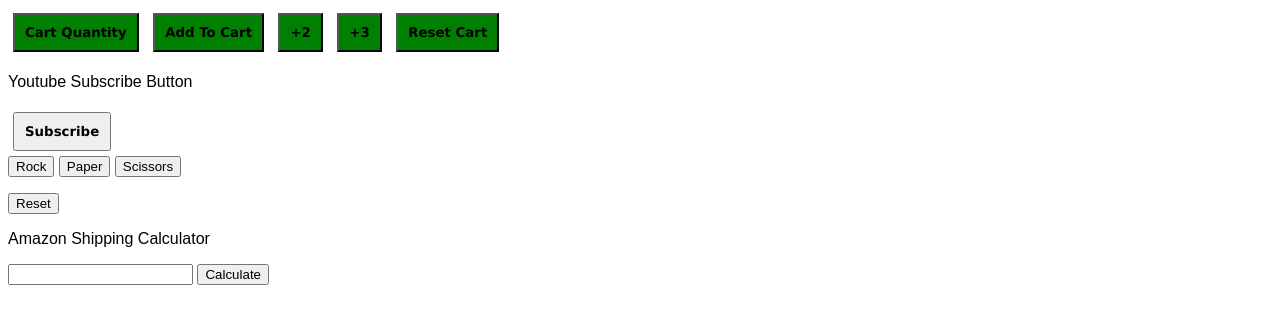
Repository: EguJaredoBoyd/Jared-Learning-Projects
Page: javascript-tutorial.html
An editor plug-in stored every save of this project. The page is shown before and after the next save, followed by the edit.
The browser window is 1280 px wide. The pictures show the whole page.

Above is the page before, as saved 2025-07-06 22:15:23.

### javascript-tutorial.html
<!DOCTYPE html>
<html lang="en">
<head>
    <meta charset="UTF-8">
    <meta name="viewport" content="width=device-width, initial-scale=1.0">
    <title>Document</title>
    <link rel="stylesheet" href="javascript-tutorial.css">
    <script src="javacript-tutorial.js" defer></script>
</head>
<body>
    <main>
        <section class="cart-class">
            <button onclick="cartDisplay()">Cart Quantity</button>
            <button onclick="addCart();
            cartDisplay()">Add To Cart</button>
            <button onclick="addCart2();
            cartDisplay()">+2</button>
            <button onclick="addCart3();
            cartDisplay()">+3</button>
            <button onclick="cartReset();
            cartDisplay()">Reset Cart</button>

            <p id="cart-quantity"></p>
            <p>Youtube Subscribe Button</p>
            <button onclick="subscribe()" class="sub-button">Subscribe</button>
        </section>

        <section class="game-play">
            <button onclick="selectRock()" class="rock">Rock</button>
            <button onclick="selectPaper()">Paper</button>
            <button onclick="selectScissors()">Scissors</button>
            <p class="win-paragraph"></p>
            <p class="move-paragraph"></p>
            <p class="score-paragraph"></p>
            <button onclick="selectReset()">Reset</button>
        </section>

        <section class="amazon-calculator">
            <p>Amazon Shipping Calculator</p>
            <input type="text" class="amazon-cost" onkeydown="handleCost(event)">
            <button onclick="calculateTotal()">Calculate</button>
            <p class="shipping-cost"></p>
        </section>
    </main>

</body>
</html>

### javascript-tutorial.css
body{
    font-family: Arial, Helvetica, sans-serif;
}
.cart-class button{
    padding: 10px;
    margin: 5px;
    font-weight: bold;
    font-family: Verdana, Geneva, Tahoma, sans-serif;

}
.cart-class button:not(.sub-button){
    background-color: green;
}

### javacript-tutorial.js
let cartQuantity = 0;
function cartDisplay(){
    document.getElementById('cart-quantity').innerHTML = cartQuantity;
};

function addCart(){
    cartQuantity = cartQuantity + 1;
};

function addCart2(){
    cartQuantity += 2;
};

function addCart3(){
    cartQuantity += 3;
};

function cartReset(){
    alert("Cart has been reset");
    cartQuantity = 0;
};

function subscribe () {
    let subClick = document.querySelector('.sub-button');
        if (subClick.innerHTML === 'Subscribe') {
            subClick.innerHTML = 'Subscribed';
        } else{
            subClick.innerHTML = 'Subscribe'

        }
    }




let computerMove = '';
let score = {
    wins: 0,
    losses: 0,
    ties: 0
};

// ✅ Fix 1: Load saved score if it exists in localStorage
const storage = localStorage.getItem('gameScore');
if (storage) {
    score = JSON.parse(storage);
}

console.log(score); // Optional: Just to confirm score is loaded

function selectRock() {
    // ✅ Fix 2: New random number every time the function runs
    let randomNumber = Math.random();

    if (randomNumber >= 0 && randomNumber < 1 / 3) {
        computerMove = 'rock';
    } else if (randomNumber >= 1 / 3 && randomNumber < 2 / 3) {
        computerMove = 'paper';
    } else {
        computerMove = 'scissors';
    }

    let result = '';
    if (computerMove === 'rock') {
        result = 'tie';
    } else if (computerMove === 'paper') {
        result = 'lose';
    } else if (computerMove === 'scissors') {
        result = 'win';
    }

    let newResult = '';
    if (result === 'win') {
        score.wins += 1;
        newResult = 'wins!';
    } else if (result === 'lose') {
        score.losses += 1;
        newResult = 'losses!';
    } else {
        score.ties += 1;
        newResult = 'ties!';
    }

    // ✅ Fix 3: Save updated score to localStorage
    localStorage.setItem('gameScore', JSON.stringify(score));

    let newScore, valueOne, valueTwo, outcomeOne, outcomeTwo;

    if (newResult === 'wins!') {
        newScore = score.wins;
        valueOne = score.losses;
        outcomeOne = 'losses';
        valueTwo = score.ties;
        outcomeTwo = 'ties';
    } else if (newResult === 'losses!') {
        newScore = score.losses;
        valueOne = score.wins;
        outcomeOne = 'wins';
        valueTwo = score.ties;
        outcomeTwo = 'ties';
    } else {
        newScore = score.ties;
        valueOne = score.wins;
        outcomeOne = 'wins';
        valueTwo = score.losses;
        outcomeTwo = 'losses';
    }

    alert(`You picked rock and the computer picked ${computerMove}, you ${result}!
You have ${newScore} ${newResult}, ${valueOne} ${outcomeOne}, and ${valueTwo} ${outcomeTwo}`);

    let rock = document.querySelector('.win-paragraph');
    rock.innerHTML = (`You picked rock and the computer picked ${computerMove}, you ${result}!
    You have ${newScore} ${newResult}, ${valueOne} ${outcomeOne}, and ${valueTwo} ${outcomeTwo}`);

    let rockMove = document.querySelector('.move-paragraph');
    rockMove.innerHTML = (`You - rock : ${computerMove} - Computer`);

    let rockScore = document.querySelector('.score-paragraph');
    rockScore.innerHTML = (`You ${result}!`)

}

function selectPaper() {
    let randomNumber = Math.random();

    if (randomNumber >= 0 && randomNumber < 1 / 3) {
        computerMove = 'rock';
    } else if (randomNumber >= 1 / 3 && randomNumber < 2 / 3) {
        computerMove = 'paper';
    } else {
        computerMove = 'scissors';
    }

    let result = '';
    if (computerMove === 'paper') {
        result = 'tie';
    } else if (computerMove === 'scissors') {
        result = 'lose';
    } else if (computerMove === 'rock') {
        result = 'win';
    }

    let newResult = '';
    if (result === 'win') {
        score.wins += 1;
        newResult = 'wins!';
    } else if (result === 'lose') {
        score.losses += 1;
        newResult = 'losses!';
    } else {
        score.ties += 1;
        newResult = 'ties!';
    }

    localStorage.setItem('gameScore', JSON.stringify(score));

    let newScore, valueOne, valueTwo, outcomeOne, outcomeTwo;

    if (newResult === 'wins!') {
        newScore = score.wins;
        valueOne = score.losses;
        outcomeOne = 'losses';
        valueTwo = score.ties;
        outcomeTwo = 'ties';
    } else if (newResult === 'losses!') {
        newScore = score.losses;
        valueOne = score.wins;
        outcomeOne = 'wins';
        valueTwo = score.ties;
        outcomeTwo = 'ties';
    } else {
        newScore = score.ties;
        valueOne = score.wins;
        outcomeOne = 'wins';
        valueTwo = score.losses;
        outcomeTwo = 'losses';
    }

    alert(`You picked paper and the computer picked ${computerMove}, you ${result}!
You have ${newScore} ${newResult}, ${valueOne} ${outcomeOne}, and ${valueTwo} ${outcomeTwo}`);

    let paper = document.querySelector('.win-paragraph');
        paper.innerHTML = `You picked paper and the computer picked ${computerMove}, you ${result}!
You have ${newScore} ${newResult}, ${valueOne} ${outcomeOne}, and ${valueTwo} ${outcomeTwo}`;

    let paperMove = document.querySelector('.move-paragraph');
    paperMove.innerHTML = (`You - paper : ${computerMove} - Computer`);

    let paperScore = document.querySelector('.score-paragraph');
    paperScore.innerHTML = (`You ${result}!`)


}

function selectScissors() {
    let randomNumber = Math.random();

    if (randomNumber >= 0 && randomNumber < 1 / 3) {
        computerMove = 'rock';
    } else if (randomNumber >= 1 / 3 && randomNumber < 2 / 3) {
        computerMove = 'paper';
    } else {
        computerMove = 'scissors';
    }

    let result = '';
    if (computerMove === 'scissors') {
        result = 'tie';
    } else if (computerMove === 'rock') {
        result = 'lose';
    } else if (computerMove === 'paper') {
        result = 'win';
    }

    let newResult = '';
    if (result === 'win') {
        score.wins += 1;
        newResult = 'wins!';
    } else if (result === 'lose') {
        score.losses += 1;
        newResult = 'losses!';
    } else {
        score.ties += 1;
        newResult = 'ties!';
    }

    localStorage.setItem('gameScore', JSON.stringify(score));

    let newScore, valueOne, valueTwo, outcomeOne, outcomeTwo;

    if (newResult === 'wins!') {
        newScore = score.wins;
        valueOne = score.losses;
        outcomeOne = 'losses';
        valueTwo = score.ties;
        outcomeTwo = 'ties';
    } else if (newResult === 'losses!') {
        newScore = score.losses;
        valueOne = score.wins;
        outcomeOne = 'wins';
        valueTwo = score.ties;
        outcomeTwo = 'ties';
    } else {
        newScore = score.ties;
        valueOne = score.wins;
        outcomeOne = 'wins';
        valueTwo = score.losses;
        outcomeTwo = 'losses';
    }

    alert(`You picked scissors and the computer picked ${computerMove}, you ${result}!
You have ${newScore} ${newResult}, ${valueOne} ${outcomeOne}, and ${valueTwo} ${outcomeTwo}`);

    let scissors = document.querySelector('.win-paragraph');
    scissors.innerHTML = (`You picked scissors and the computer picked ${computerMove}, you ${result}!
You have ${newScore} ${newResult}, ${valueOne} ${outcomeOne}, and ${valueTwo} ${outcomeTwo}`);

    let scissorsMove = document.querySelector('.move-paragraph');
    scissorsMove.innerHTML = (`You - scissors : ${computerMove} - Computer`);

    let scissorsScore = document.querySelector('.score-paragraph');
    scissorsScore.innerHTML = (`You ${result}!`)

}

function selectReset() {
    score = {
        wins: 0,
        losses: 0,
        ties: 0
    };

    // ✅ Fix 4: Clear the score from localStorage too
    localStorage.removeItem('gameScore');

    alert(`Your score has been reset.`);

    let scoreReset = document.querySelector('.win-paragraph');
    scoreReset.innerHTML = ('Your score has been reset.');

    let resetMove = document.querySelector('.move-paragraph');
    resetMove.innerHTML = (``);

    let resetScore = document.querySelector('.score-paragraph');
    resetScore.innerHTML = (``)
};

function calculateTotal() {
    const amazonCost = document.querySelector('.amazon-cost');
    let cost = Number(amazonCost.value);

    let amount = 50;
    if (cost < amount) {
        cost = cost + 10;

    }

    document.querySelector('.shipping-cost').innerHTML = cost;
    console.log(cost);



};

function handleCost(event) {
    if (event.key === 'Enter') {
        calculateTotal();
    }
};

After the next save:
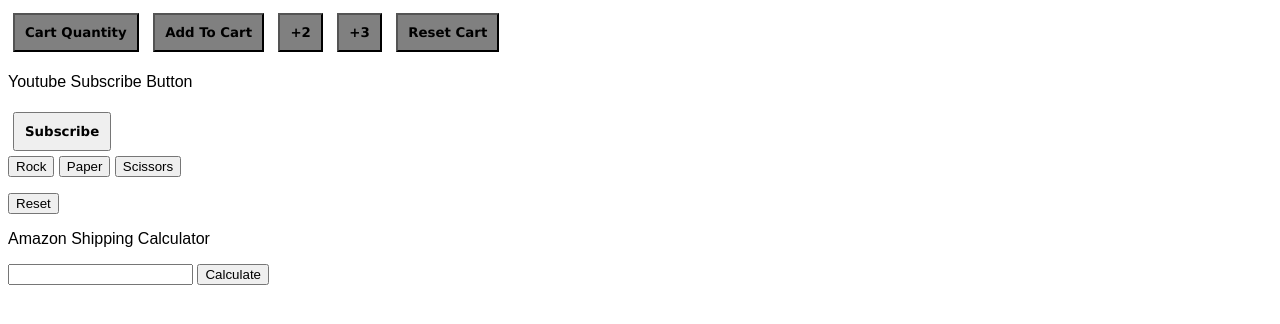
Saved 22 s later.
--- a/javascript-tutorial.css
+++ b/javascript-tutorial.css
@@ -9,5 +9,5 @@ body{
 
 }
 .cart-class button:not(.sub-button){
-    background-color: green;
+    background-color: grey;
 }
